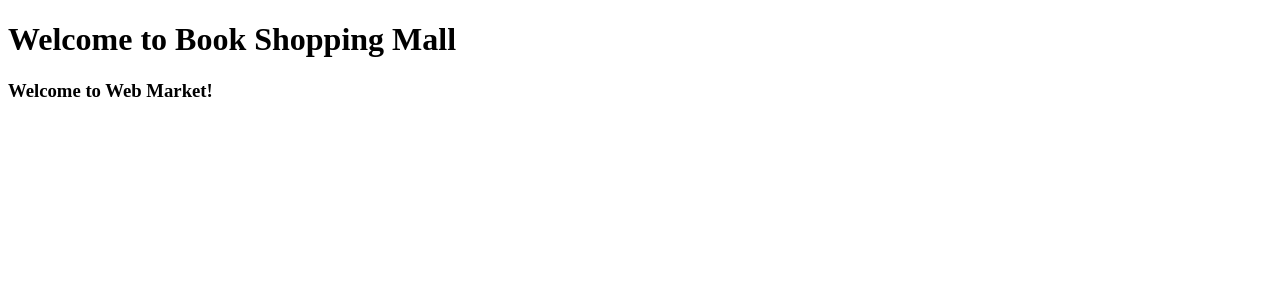
Repository: ezooo/JSP
Page: http://localhost/bookmarket/welcome.jsp
The author's editor kept a copy of each file at every save. The page is drawn from the files as they stood at one save, then again after the next save.
The browser window is 1280 px wide. The pictures show the whole page.
The page is served by Tomcat 9. Other server files are loaded and not shown.

Above is the page before, as saved 2024-10-08 01:52:15.

### bookmarket/src/main/webapp/welcome.jsp
<%@ page language="java" contentType="text/html; charset=UTF-8"
    pageEncoding="UTF-8"%>
<!DOCTYPE html>
<html>
<head>
<meta charset="UTF-8">
<title>Welcome</title>
</head>
<body>
	<h1>Welcome to Book Shopping Mall</h1>
	<h3>Welcome to Web Market!</h3>
</body>
</html>

After the next save:
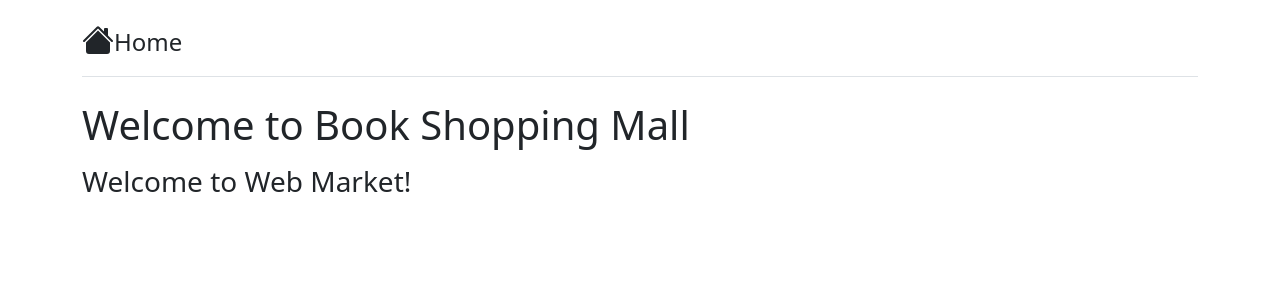
Saved 41 min 28 s later.
--- a/bookmarket/src/main/webapp/welcome.jsp
+++ b/bookmarket/src/main/webapp/welcome.jsp
@@ -3,11 +3,46 @@
 <!DOCTYPE html>
 <html>
 <head>
-<meta charset="UTF-8">
-<title>Welcome</title>
+	<link href="https://cdn.jsdelivr.net/npm/bootstrap@5.3.0-alpha1/dist/css/bootstrap.min.css" rel="stylesheet">
+	<meta charset="UTF-8">
+	<title>Welcome</title>
 </head>
+
 <body>
-	<h1>Welcome to Book Shopping Mall</h1>
-	<h3>Welcome to Web Market!</h3>
+	<div class="container py-4">
+		<header class="pb-3 mb-4 border-bottom">
+			<a href="./welcome.jsp" class="d-flex aling-items-center text-dark text-decoration-none">
+				<svg  width="32" height="32" fill="currentColor" class="bi bi-house-fill" viewBox="0 0 16 16">
+              		<path d="M8.707 1.5a1 1 0 0 0-1.414 0L.646 8.146a.5.5 0 0 0 .708.708L8 2.207l6.646 6.647a.5.5 0 0 0 .708-.708L13 5.793V2.5a.5.5 0 0 0-.5-.5h-1a.5.5 0 0 0-.5.5v1.293L8.707 1.5Z"/>
+              		<path d="m8 3.293 6 6V13.5a1.5 1.5 0 0 1-1.5 1.5h-9A1.5 1.5 0 0 1 2 13.5V9.293l6-6Z"/>
+        		</svg>
+        		<span class="fs-4">Home</span>
+			</a>
+		</header>
+
+		<%!
+			String greeting = "Welcome to Book Shopping Mall";
+			String tagline = "Welcome to Web Market!";
+		%>
+
+		<div>
+			<div>
+				<h1><%= greeting %></h1>
+				<p></p>
+			</div>
+		</div>
+
+		<div>
+			<div>
+				<div>
+					<h3><%= tagline %></h3>
+				</div>
+			</div>
+		</div>
+
+		<footer>
+		</footer>
+	</div>
+
 </body>
 </html>
